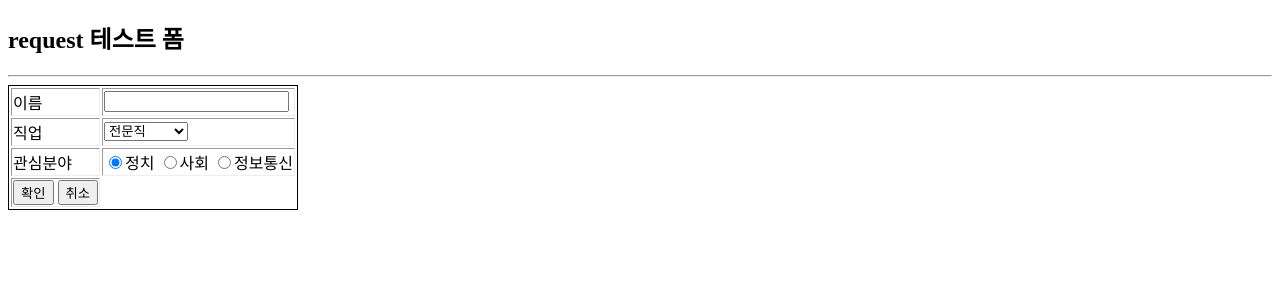
Repository: jemin7709/InternetProgramming2
Page: Pj/WebContent/request_test.html
The author's editor kept a copy of each file at every save. The page is drawn from the files as they stood at one save, then again after the next save.
The browser window is 1280 px wide. The pictures show the whole page.

Above is the page before, as saved 2021-05-13 13:53:08.

### Pj/WebContent/request_test.html
<!DOCTYPE html>
<html>
<head>
<meta charset="UTF-8">
<title>Insert title here</title>
</head>
<body>
<h2>request 테스트 폼</h2>
<hr>
<form method="post" action="request_test.jsp">
<table border="1" style="border: 1px solid;">
		<tr>
			<td>이름</td>
			<td><input type="text" name="name"></td>
		</tr>
		<tr>
			<td>직업</td>
			<td><select name="job">
				<option value="전문직" selected="selected">전문직</option>
				<option value="계약직">계약직</option>
				<option value="아르바이트">아르바이트</option>
			</select></td>
		</tr>
		<tr>
			<td>관심분야</td>
			<td>
				<input type="radio" name="category" value="정치" checked="checked">정치
				<input type="radio" name="category" value="사회">사회
				<input type="radio" name="category" value="정보통신">정보통신
			</td>
		</tr>
		<tr>
			<td>
				<input type="submit" value="확인">
				<input type="reset" value="취소">
			</td>
		</tr>
</table>
</form>
</body>
</html>

After the next save:
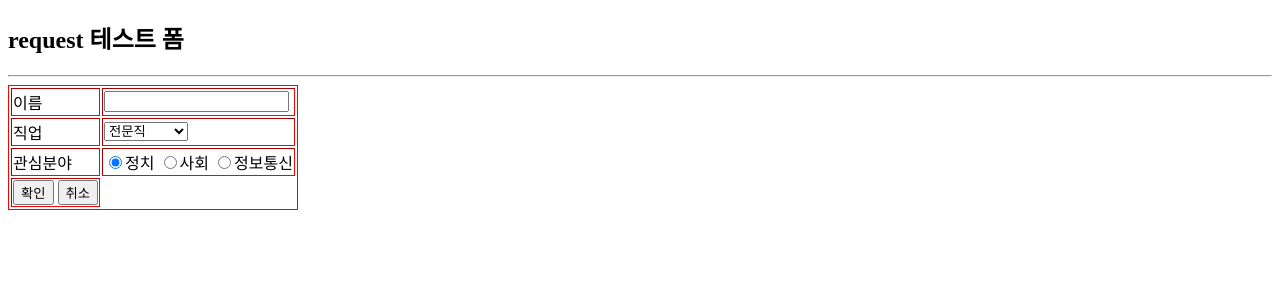
Saved 15 s later.
--- a/Pj/WebContent/request_test.html
+++ b/Pj/WebContent/request_test.html
@@ -8,7 +8,7 @@
 <h2>request 테스트 폼</h2>
 <hr>
 <form method="post" action="request_test.jsp">
-<table border="1" style="border: 1px solid;">
+<table border="1" style="border: 1px solid red;">
 		<tr>
 			<td>이름</td>
 			<td><input type="text" name="name"></td>
